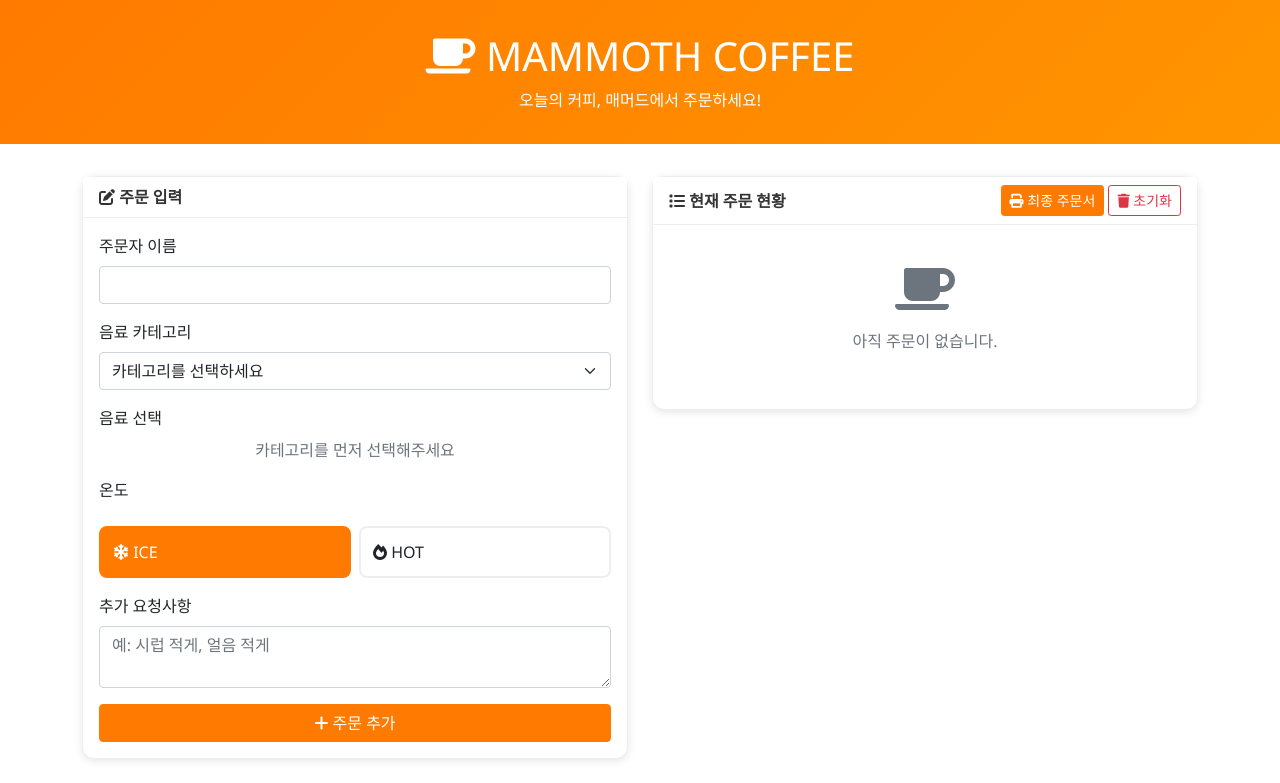
Repository: JohnBaeGH/mammoth-coffee-order
Page: http://localhost/
An editor plug-in stored every save of this project. The page is shown before and after the next save, followed by the edit.
The browser window is 1280 px wide. The pictures show the whole page.
The page is served by the project's application, run on Flask 3 (app.py).

Above is the page before, as saved 2025-07-06 02:11:46.

After the next save:
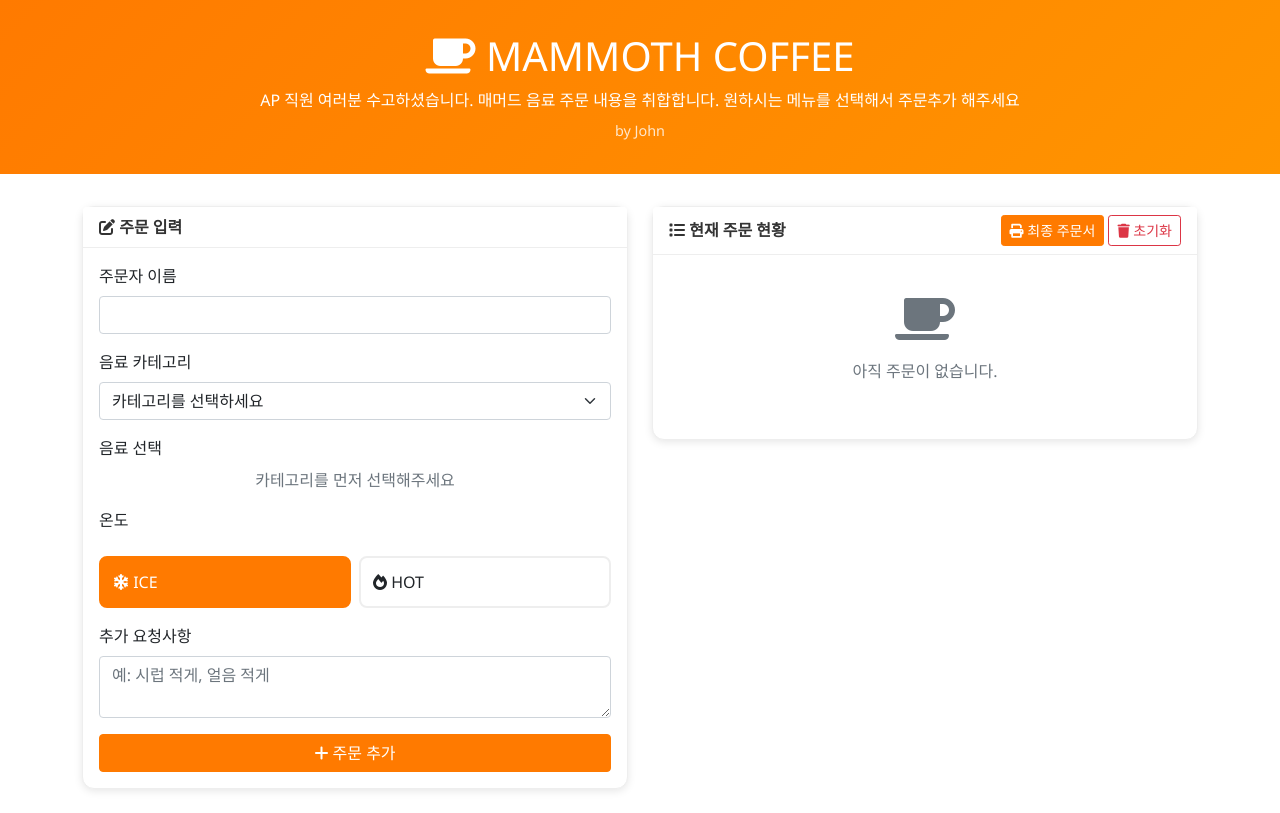
Saved 7 min 54 s later.
--- a/templates/index.html
+++ b/templates/index.html
@@ -160,7 +160,8 @@
     <div class="header">
         <div class="container">
             <h1><i class="fas fa-coffee"></i> MAMMOTH COFFEE</h1>
-            <p class="mb-0">오늘의 커피, 매머드에서 주문하세요!</p>
+            <p class="mb-0">AP 직원 여러분 수고하셨습니다. 매머드 음료 주문 내용을 취합합니다. 원하시는 메뉴를 선택해서 주문추가 해주세요</p>
+            <p class="mb-0 mt-2" style="font-size: 0.9em; opacity: 0.8;">by John</p>
         </div>
     </div>
 
